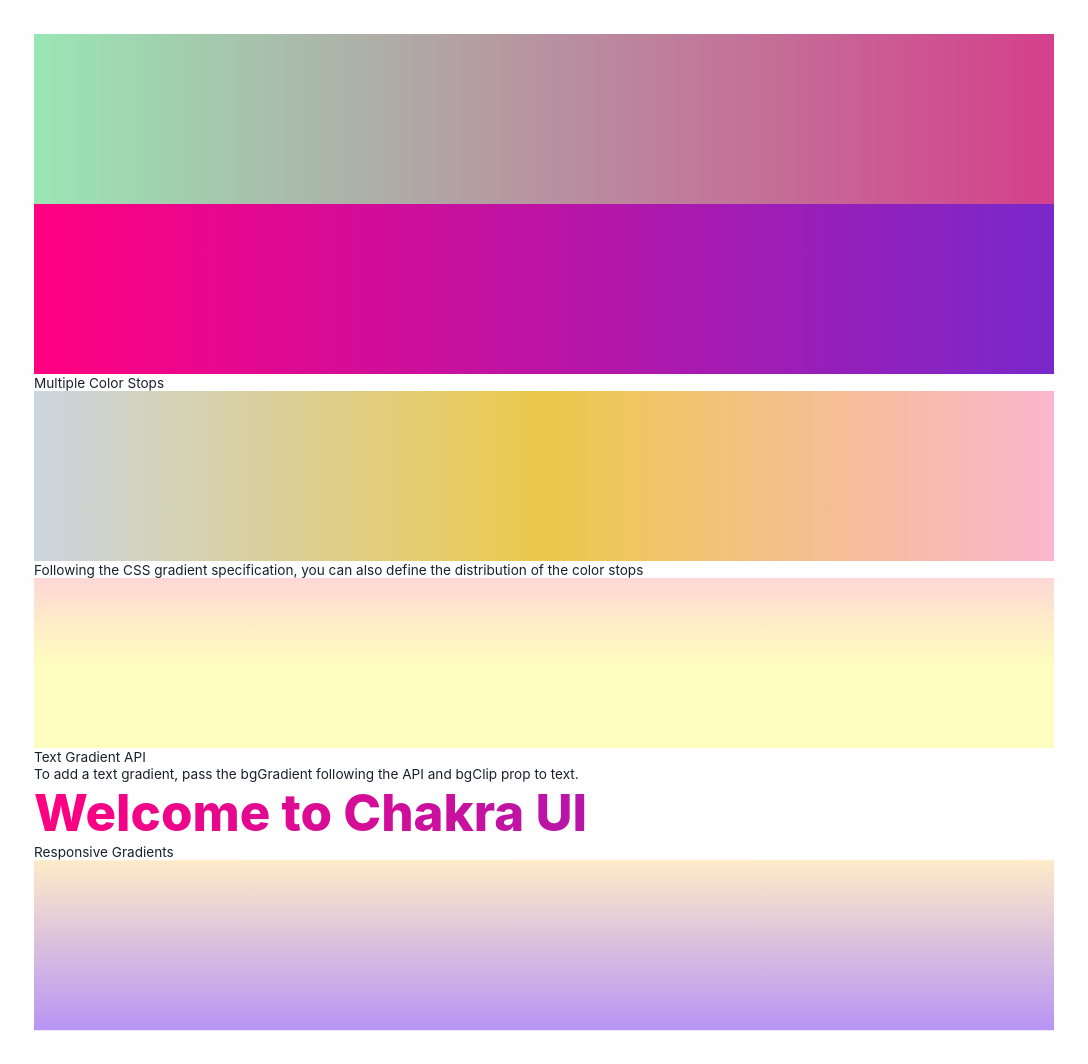
Repository: jorgelucasjs/chakra-ui-doc
Page: /
The author's editor kept a copy of each file at every save. The page is drawn from the files as they stood at one save, then again after a run of saves.
The browser window is 1280 px wide. The pictures show the whole page, at 85% of full size.
The project was rebuilt for these pictures with package versions that can differ from the ones it lists, and the page was loaded fresh each time.

Above is the page before, as saved 2023-01-05 11:54:27.

After the next 3 saves:
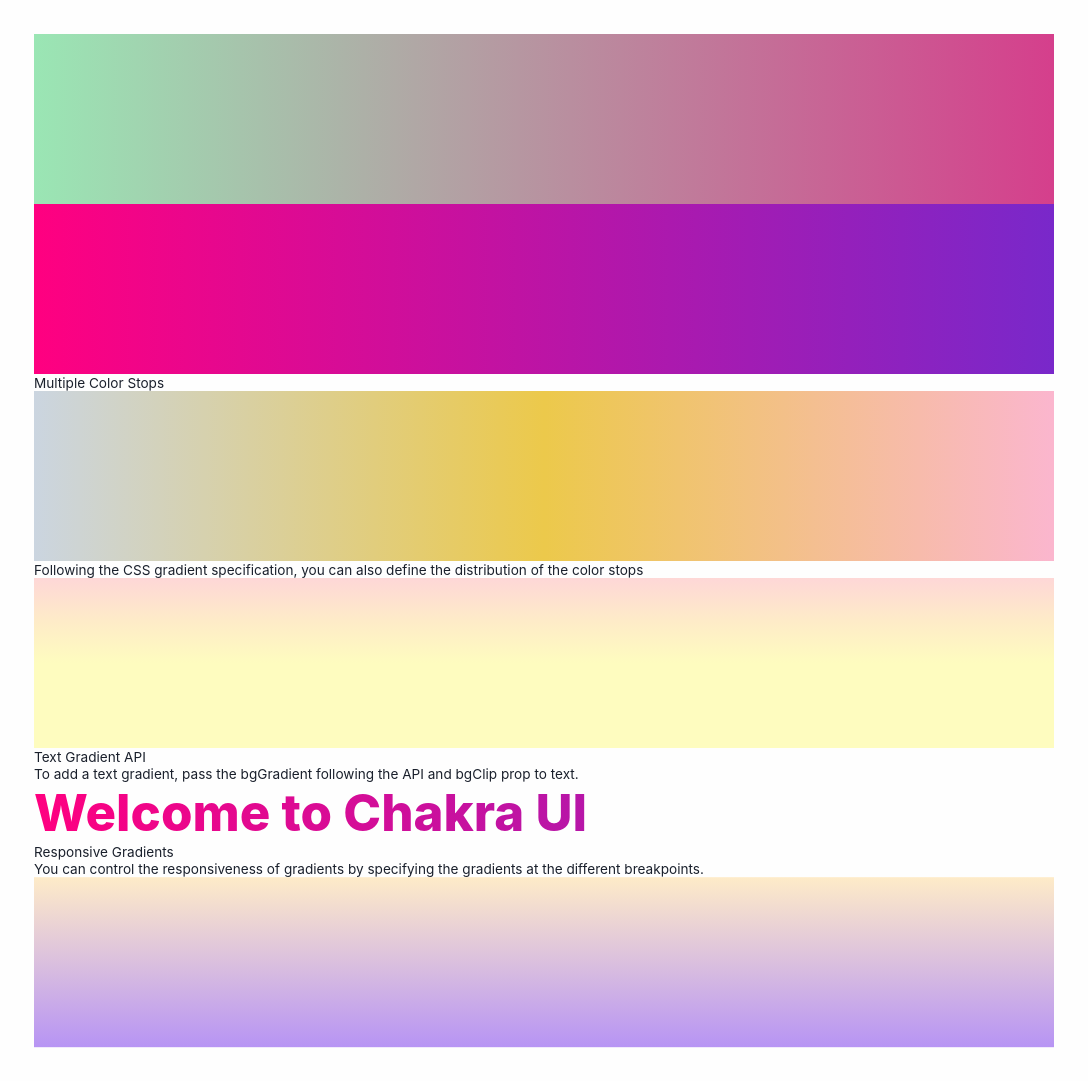
The 3 saves are shown as one change because they came seconds apart.
The last was saved 8 s later.
--- a/src/components/Gradient.tsx
+++ b/src/components/Gradient.tsx
@@ -47,6 +47,7 @@
 			</Text>
 
 			<Text>Responsive Gradients</Text>
+			<p>You can control the responsiveness of gradients by specifying the gradients at the different breakpoints.</p>
 			<Box
 				w='100%'
 				h='200px'
